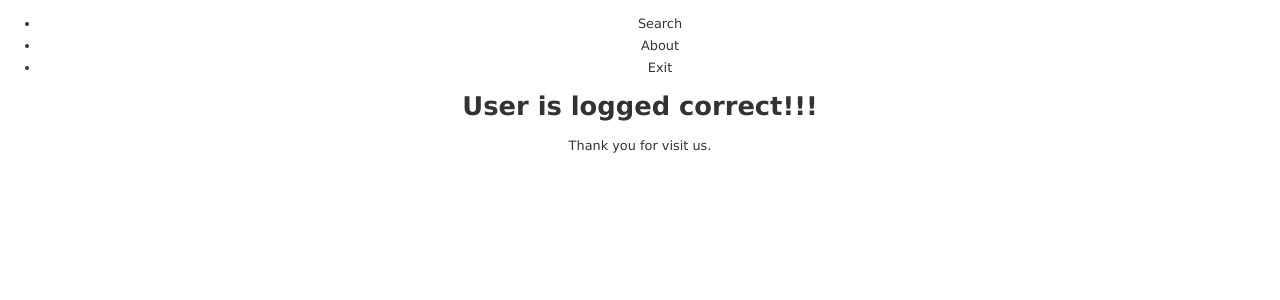
Repository: xavichulo/JavaEE
Page: LoginForm/WebContent/intranet/index.html
The author's editor kept a copy of each file at every save. The page is drawn from the files as they stood at one save, then again after the next save.
The browser window is 1280 px wide. The pictures show the whole page.
Some web libraries are served in a nearby version.

Above is the page before, as saved 2015-10-14 15:09:57.

### LoginForm/WebContent/intranet/index.html
<!DOCTYPE html>
<html>
<head>
	<meta charset="UTF-8">
	<link rel="stylesheet" type="text/css" href="../intranet/css/style1.css">
	<link rel="stylesheet" type="text/css" href="../intranet/css/jquery-ui-1.7.2.custom.css" />

	<script type="text/javascript" src="http://ajax.googleapis.com/ajax/libs/jquery/1.3.2/jquery.min.js"></script>
	<script type="text/javascript" src="http://ajax.googleapis.com/ajax/libs/jqueryui/1.7.2/jquery-ui.min.js"></script>
	<title>User Logged</title>
</head>
<body>
<div id="cabecera">
	<div id="contenido-cabecera">
		<ul id="menu">
			<li>Search</li>
			<li>About</li>
			<li>Exit</li>
		</ul>
	</div>
</div>
	<h1>User is logged correct!!!</h1>
	<p>Thank you for visit us.</p>
</body>
</html>

### LoginForm/WebContent/intranet/css/style1.css
/*
	author:  jafamo

*/

 body{

        margin: 0;
        padding: 0;
        border: 0;
        outline: 0;
        font-size: 100%;
        vertical-align: top;
        background: transparent;
        width: 100%;
        color: #333;
        font-family: Verdana, Tahoma, Geneva, sans-serif;
        font-size: 80.5%;
        line-height: 1.7em;
        text-align: center;
        }

Loaded but not shown: LoginForm/WebContent/intranet/css/jquery-ui-1.7.2.custom.css (library)

After the next save:
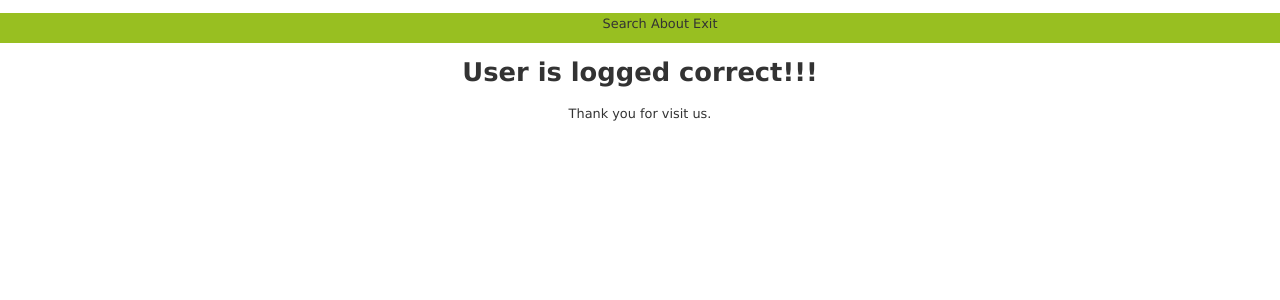
Saved 3 min 2 s later.
--- a/LoginForm/WebContent/intranet/css/style1.css
+++ b/LoginForm/WebContent/intranet/css/style1.css
@@ -4,18 +4,17 @@
 */
 
  body{
+        margin: 0;  padding: 0; border: 0;  outline: 0; font-size: 100%; vertical-align: top;
+        background: transparent; width: 100%; color: #333;
+        font-family: Verdana, Tahoma, Geneva, sans-serif; font-size: 80.5%; line-height: 1.7em;
+        text-align: center;
+}
 
-        margin: 0;
-        padding: 0;
-        border: 0;
-        outline: 0;
-        font-size: 100%;
-        vertical-align: top;
-        background: transparent;
-        width: 100%;
-        color: #333;
-        font-family: Verdana, Tahoma, Geneva, sans-serif;
-        font-size: 80.5%;
-        line-height: 1.7em;
-        text-align: center;
-        }
+ul#menu li{ width: 100%; padding: 0; margin: 0; list-style: none; display: inline; }
+
+
+#cabecera           { margin: 0 auto; width: 100%; height:30px; background: #98bf21; }
+#contenido-cabecera { width: 100%; margin: 0 auto; }
+
+h1 {   font-size: 2em; line-height: 1em;}
+h2 {   font-size: 1.3em; line-height: 1em; margin-top: 10px;}
